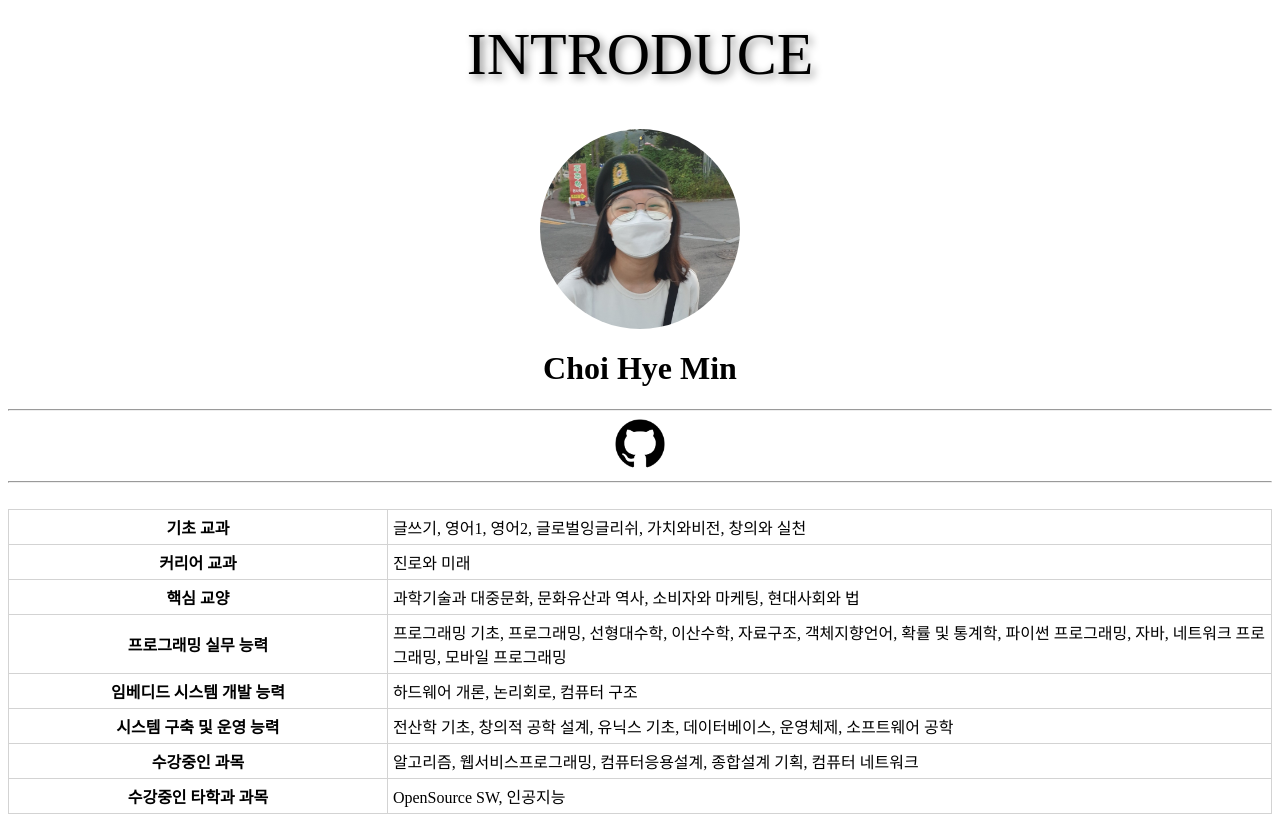
Repository: papav-hub/Web_Study
Page: ChoiHyeMin_reg/src/main/webapp/introduce.html
The author's editor kept a copy of each file at every save. The page is drawn from the files as they stood at one save, then again after the next save.
The browser window is 1280 px wide. The pictures show the whole page.

Above is the page before, as saved 2021-10-03 19:23:10.

### ChoiHyeMin_reg/src/main/webapp/introduce.html
<!DOCTYPE html>
<html>

<style>
	.box
	{
    width: 200px;
    height: 200px;
    border-radius: 70%;
    overflow: hidden;
	}

	.profile
	{
    width: 100%;
    height: 100%;
    object-fit: cover;
	}
</style>


<head>
	<meta charset="UTF-8">
	<title>Web Service ProgrammingHomework</title>
	<link rel="stylesheet" href="resources/register.css" type="text/css"></link>
</head>

<body>
	<header> INTRODUCE </header>

	<div class="box">
    	<img class="profile" src="resources/ChoiHyeMin01.jpg">
	</div>
	<h1 style="text-align:center;"> Choi Hye Min </h1>
	<hr>

	<div style="text-align:center;">
		<img src="resources/github.png" height="50" width="50">
	</div>

	<hr>
	<br>

	<table>
		<tr>
			<th>기초 교과</th>
			<td>글쓰기, 영어1, 영어2, 글로벌잉글리쉬, 가치와비전, 창의와 실천</td>
		</tr>
		<tr>
			<th>커리어 교과</th>
			<td>진로와 미래</td>
		</tr>
		<tr>
			<th>핵심 교양</th>
			<td>과학기술과 대중문화, 문화유산과 역사, 소비자와 마케팅, 현대사회와 법</td>
		</tr>
		<tr>
			<th>프로그래밍 실무 능력</th>
			<td>프로그래밍 기초, 프로그래밍, 선형대수학, 이산수학, 자료구조, 객체지향언어, 확률 및 통계학, 파이썬 프로그래밍, 자바, 네트워크 프로그래밍, 모바일 프로그래밍</td>
		</tr>
		<tr>
			<th>임베디드 시스템 개발 능력</th>
			<td>하드웨어 개론, 논리회로, 컴퓨터 구조</td>
		</tr>
		<tr>
			<th>시스템 구축 및 운영 능력</th>
			<td>전산학 기초, 창의적 공학 설계, 유닉스 기초, 데이터베이스, 운영체제, 소프트웨어 공학</td>
		</tr>
		<tr>
			<th>수강중인 과목</th>
			<td>알고리즘, 웹서비스프로그래밍, 컴퓨터응용설계, 종합설계 기획, 컴퓨터 네트워크</td>
		</tr>
		<tr>
			<th>수강중인 타학과 과목</th>
			<td>OpenSource SW, 인공지능</td>
		</tr>
	</table>


</body>
</html>

### ChoiHyeMin_reg/src/main/webapp/resources/register.css
@charset "UTF-8";

	header
	{
		margin:20px 10px 40px 10px;
		font-family:"FreeStyle Script", "Mistral";
		font-size:60px;
		text-shadow:3px 3px 8px gray;
		text-align:center;
	}


	body
	{
		color:black;
		font-family:'맑은 고딕', '돋움', '고딕';
	}


	div
	{
		margin-left:auto;
		margin-right:auto;
		width:70%;
		text-align:center;
	}


	ul
	{
		list-style:none;
		text-align:left;
		background-color:#FDF2EE;
		margin-left:20px;
		margin-right:20px;
		padding-top:20px;
		padding-bottom:20px;
	}


	#sect
	{
		background-color:#FDF2EE;
		text-align:center;
		margin:20px;
		padding:20px;
	}


	a
	{
		text-decoration:underline;
		color:#0000a0;
	}


	table
	{
		border-collapse:collapse;
		width:100%
	}


	th
	{
		border:1px solid lightgray;
		padding:5px;
		width:30%
	}


	td
	{
		border:1px solid lightgray;
		padding:5px;
		width:70%;
	}

After the next save:
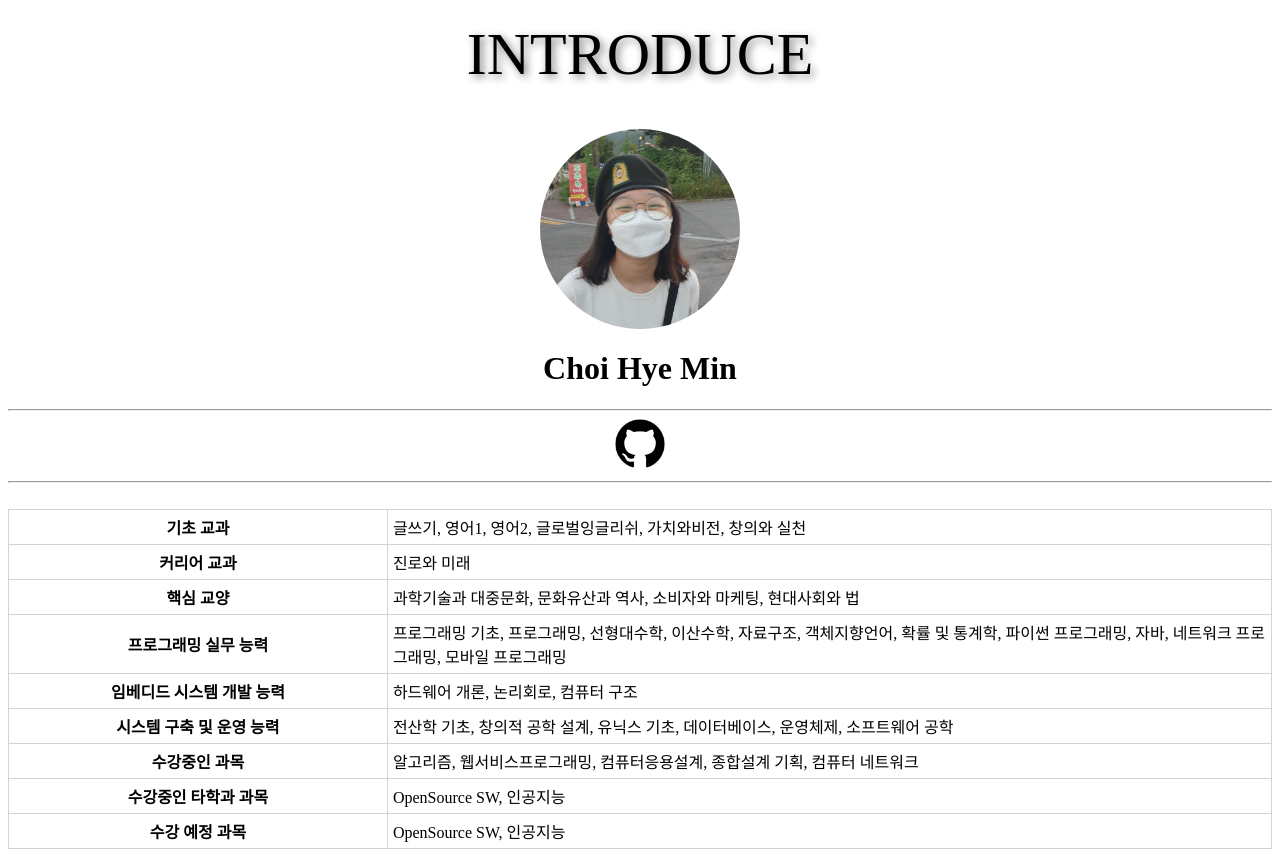
Saved 28 s later.
--- a/ChoiHyeMin_reg/src/main/webapp/introduce.html
+++ b/ChoiHyeMin_reg/src/main/webapp/introduce.html
@@ -74,6 +74,10 @@
 			<th>수강중인 타학과 과목</th>
 			<td>OpenSource SW, 인공지능</td>
 		</tr>
+		<tr>
+			<th>수강 예정 과목</th>
+			<td>OpenSource SW, 인공지능</td>
+		</tr>
 	</table>
 
 
